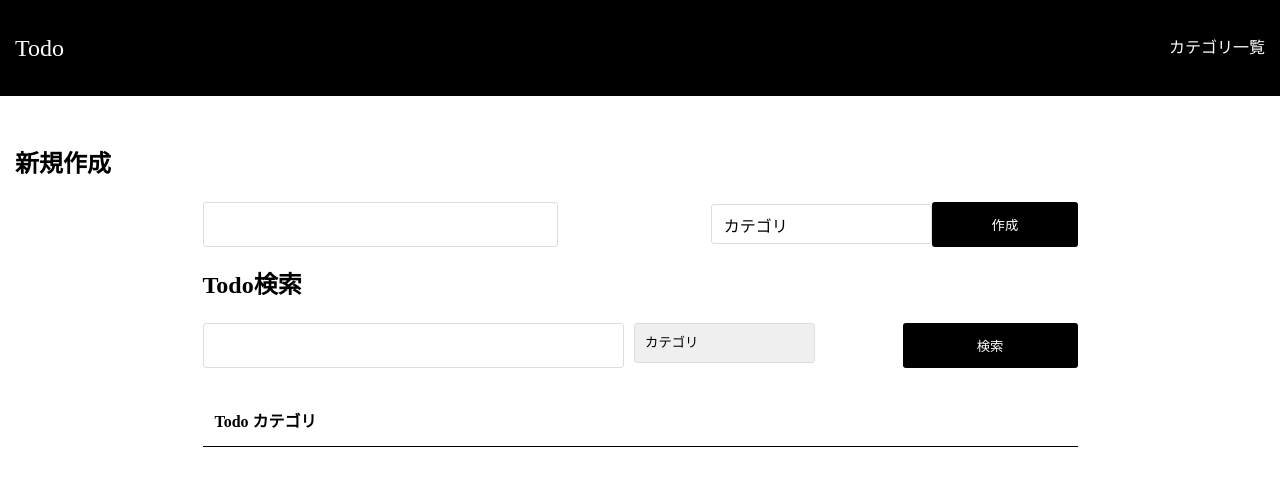
Repository: mayu-ya/todo4
Page: http://localhost/
These files come from the project's save history. The page is drawn as it stood at one moment and after the next save; the edit follows.
The browser window is 1280 px wide. The pictures show the whole page.
The page is served by the project's Laravel application, run on PHP 8.4 with Laravel 8. Queries for data that is not in the repository find no rows.

Above is the page before, as saved 2026-01-13 16:13:21.

After the next save:
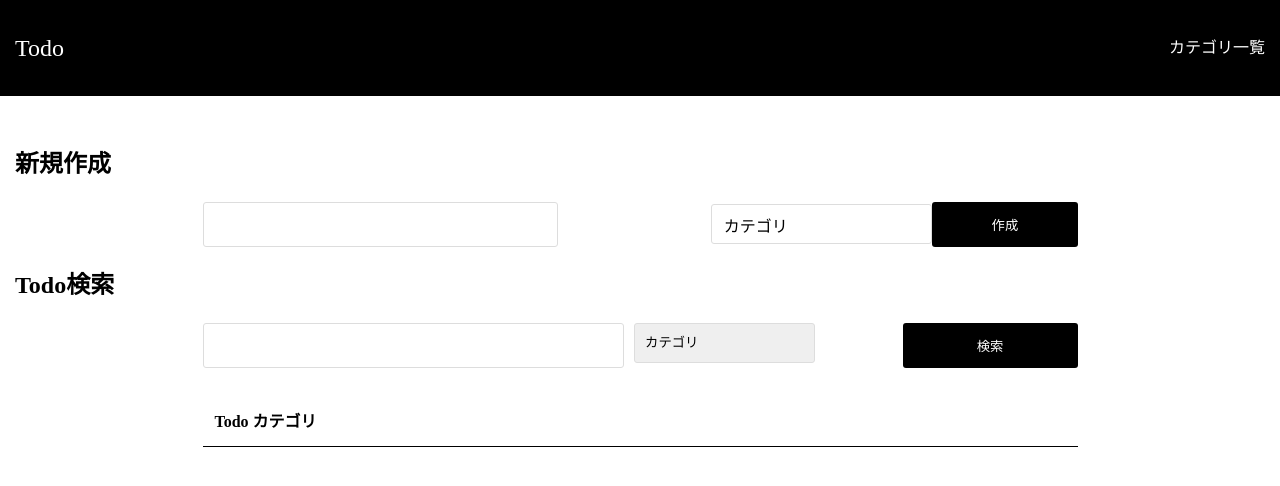
Saved 104 s later.
--- a/src/resources/views/index.blade.php
+++ b/src/resources/views/index.blade.php
@@ -38,7 +38,7 @@
             <button class="create-form_button-submit" type="submit">作成</button>
         </div>
     </form>
-    <div class="section__title">
+    <div class="section_title">
         <h2>Todo検索</h2>
     </div>
     <form class="search-form">

After the save that followed:
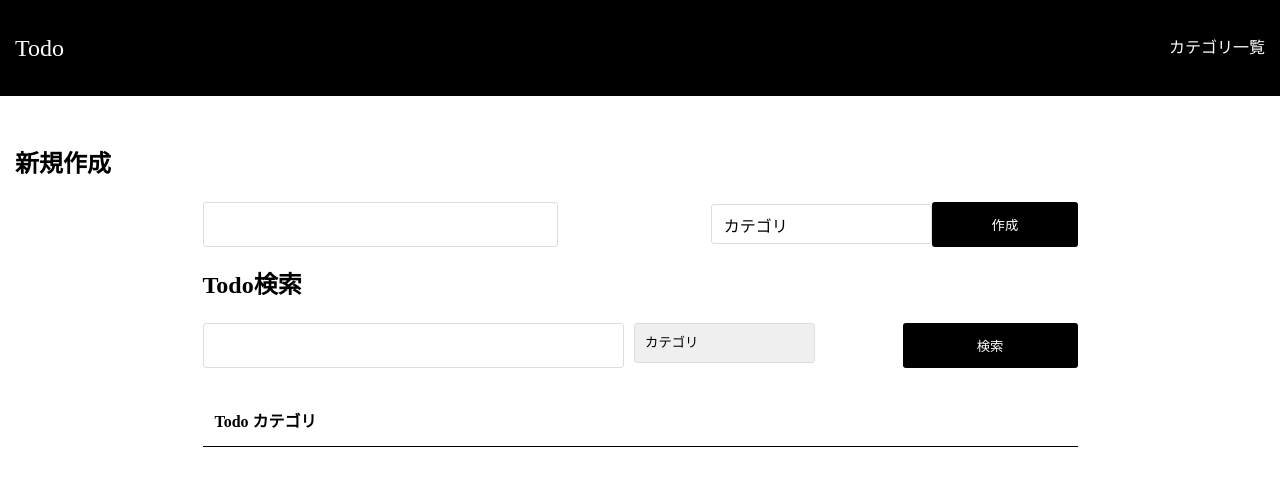
Saved 19 s later.
--- a/src/resources/views/index.blade.php
+++ b/src/resources/views/index.blade.php
@@ -38,7 +38,7 @@
             <button class="create-form_button-submit" type="submit">作成</button>
         </div>
     </form>
-    <div class="section_title">
+    <div class="section__title">
         <h2>Todo検索</h2>
     </div>
     <form class="search-form">
